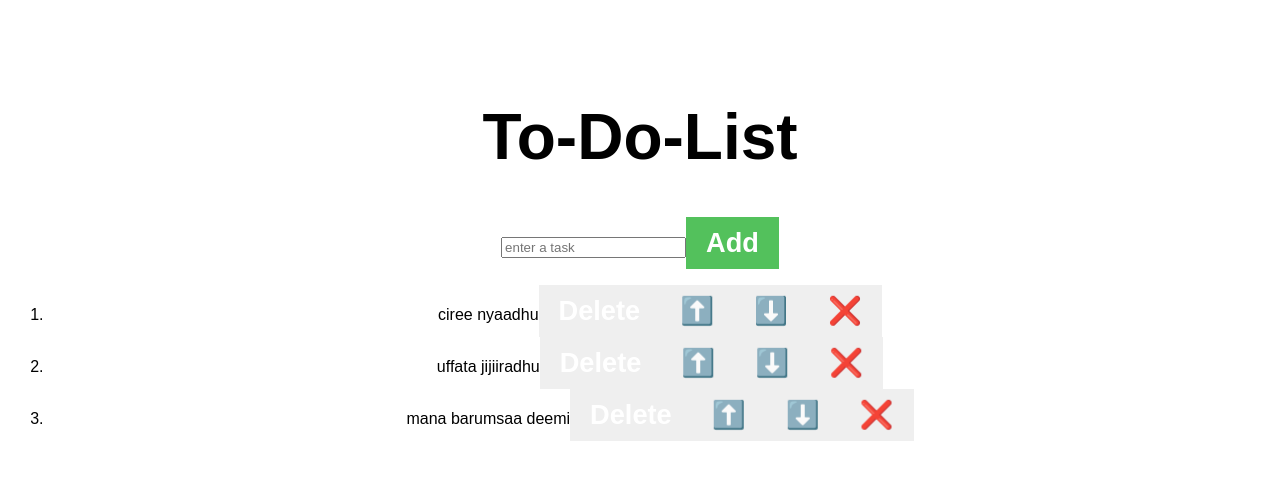
Repository: wakoya-tech/to-do-list-app
Page: /
These files come from the project's save history. The page is drawn as it stood at one moment and after the next save; the edit follows.
The browser window is 1280 px wide. The pictures show the whole page.
The project was rebuilt for these pictures with package versions that can differ from the ones it lists, and the page was loaded fresh each time. Also part of the build but not shown: vite.config.js, src/App.css.

Above is the page before, as saved 2025-10-16 16:39:17.

### src/App.jsx
import { useState } from 'react'
import './App.css'
import ToDoList from './ToDoList.jsx'
function App() {
 return(<>

 <ToDoList/>
 </>)
}

export default App

### src/index.css
.to-do-list{
  font-family: Arial, Helvetica, sans-serif;
  text-align: center;
  margin-top: 100px;

}
h1{
  font-size: 4rem;
}
button{
  font-size: 1.7rem;
  font-weight: bold;
  padding: 10px 20px;
  color: white;
  border: none;
  cursor: pointer;
  transition: background-color 0.5 ease;
}
.add-button
{
background-color: hsl(125,47%,54%);
}

### src/ToDoList.jsx
import React,{useState} from 'react'

function ToDoList() {
    const [tasks,setTasks]=useState(["ciree nyaadhu","uffata jijiiradhu","mana barumsaa deemi"])
    const [newTask,setNewTask]=useState("");
    function handleInputChange(e){
      setNewTask(e.target.value)
    }
    function addTask(){

    }
    function deleteTask(index){

    }
    function moveTaskUp(index){

    }
    function moveTaskDown(index){

    }
  return (
    <div className='to-do-list'>
<h1>To-Do-List</h1>
<div>
    <input type="text" placeholder='enter a task'
    value={newTask} onChange={handleInputChange}/>
 <button className='add-button' onClick={addTask}>Add </button>
</div>
<ol>
    {tasks.map((task,index)=><li key={index}>
    <span className='text'>
        {task}
    <button className='delete-button' onChange={deleteTask}>Delete</button>
    <button className='move-up-button'onClick={moveTaskUp}>⬆️</button>
    <button className='move-down-button'onClick={moveTaskDown}>⬇️</button>
    <button onClick={() => deleteTask(index)}>❌</button>
    </span>
    </li>)}
</ol>
    </div>
  )
}

export default ToDoList

Loaded but not shown: index.html (common file); src/main.jsx (common file)

After the next save:
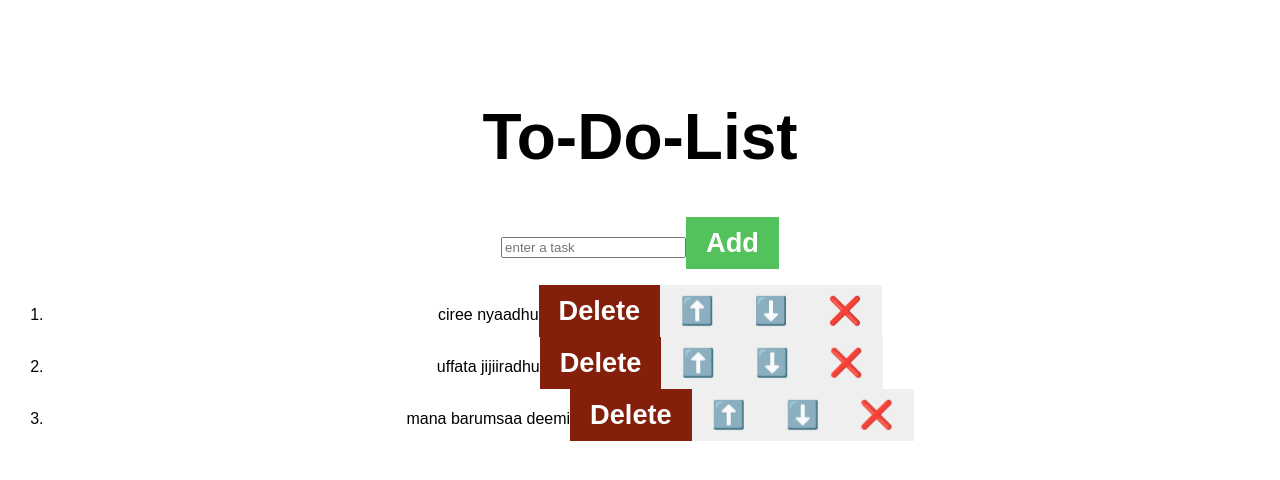
Saved 5 min 13 s later.
--- a/src/index.css
+++ b/src/index.css
@@ -20,3 +20,12 @@ button{
 {
 background-color: hsl(125,47%,54%);
 }
+.add-button:hover{
+  background-color: hsl(124, 82%, 13%);
+}
+.delete-button{
+  background-color: hsl(10,90%,50%);
+}
+.delete-button{
+  background-color: hsl(10, 85%, 28%);
+}
